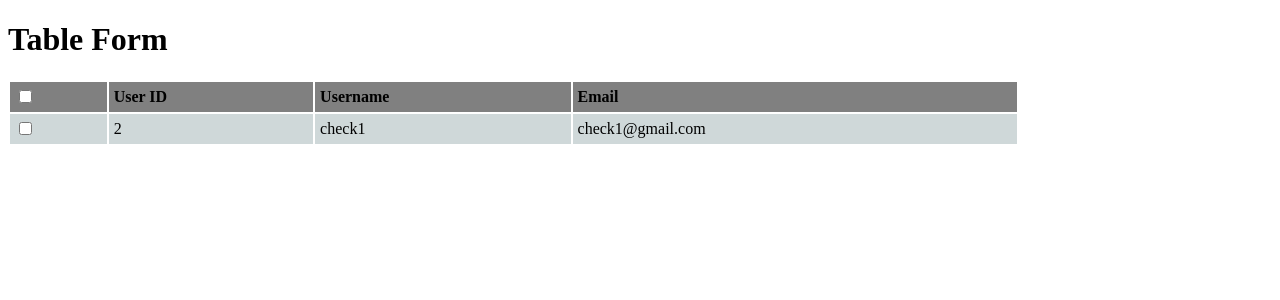
Repository: AHSANS354/tugas-sib5
Page: tugastable.html
The author's editor kept a copy of each file at every save. The page is drawn from the files as they stood at one save, then again after the next save.
The browser window is 1280 px wide. The pictures show the whole page.

Above is the page before, as saved 2023-08-21 15:14:47.

### tugastable.html
<!DOCTYPE html>
<html lang="en">
  <head>
    <meta charset="UTF-8" />
    <meta name="viewport" content="width=device-width, initial-scale=1.0" />
    <title>Tugas Table</title>
  </head>
  <body>
    <h1>Table Form</h1>
    <table width="80%" cellpadding="5">
      <tr align="left" bgcolor="grey">
        <th><input type="checkbox" name="ceklist" value="cekatas" /></th>
        <th color="white">User ID</th>
        <th>Username</th>
        <th>Email</th>
      </tr>
      <tr bgcolor="#CFD8D9">
        <td><input type="checkbox" name="ceklist" value="cek1" /></td>
        <td>2</td>
        <td>check1</td>
        <td>check1@gmail.com</td>
      </tr>
    </table>
  </body>
</html>

After the next save:
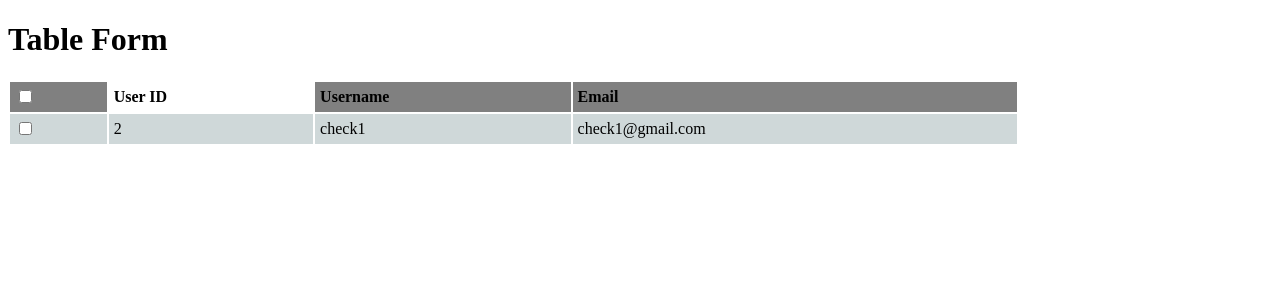
Saved 15 s later.
--- a/tugastable.html
+++ b/tugastable.html
@@ -10,7 +10,7 @@
     <table width="80%" cellpadding="5">
       <tr align="left" bgcolor="grey">
         <th><input type="checkbox" name="ceklist" value="cekatas" /></th>
-        <th color="white">User ID</th>
+        <th bgcolor="white">User ID</th>
         <th>Username</th>
         <th>Email</th>
       </tr>

After the save that followed:
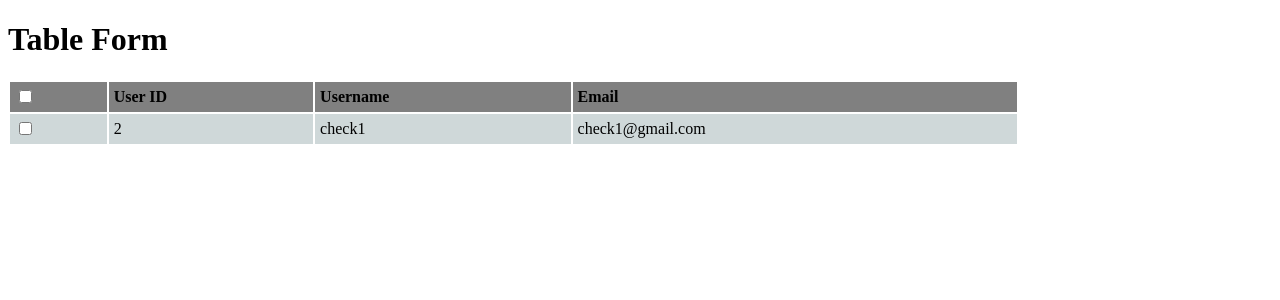
Saved 28 s later.
--- a/tugastable.html
+++ b/tugastable.html
@@ -10,7 +10,7 @@
     <table width="80%" cellpadding="5">
       <tr align="left" bgcolor="grey">
         <th><input type="checkbox" name="ceklist" value="cekatas" /></th>
-        <th bgcolor="white">User ID</th>
+        <th>User ID</th>
         <th>Username</th>
         <th>Email</th>
       </tr>
